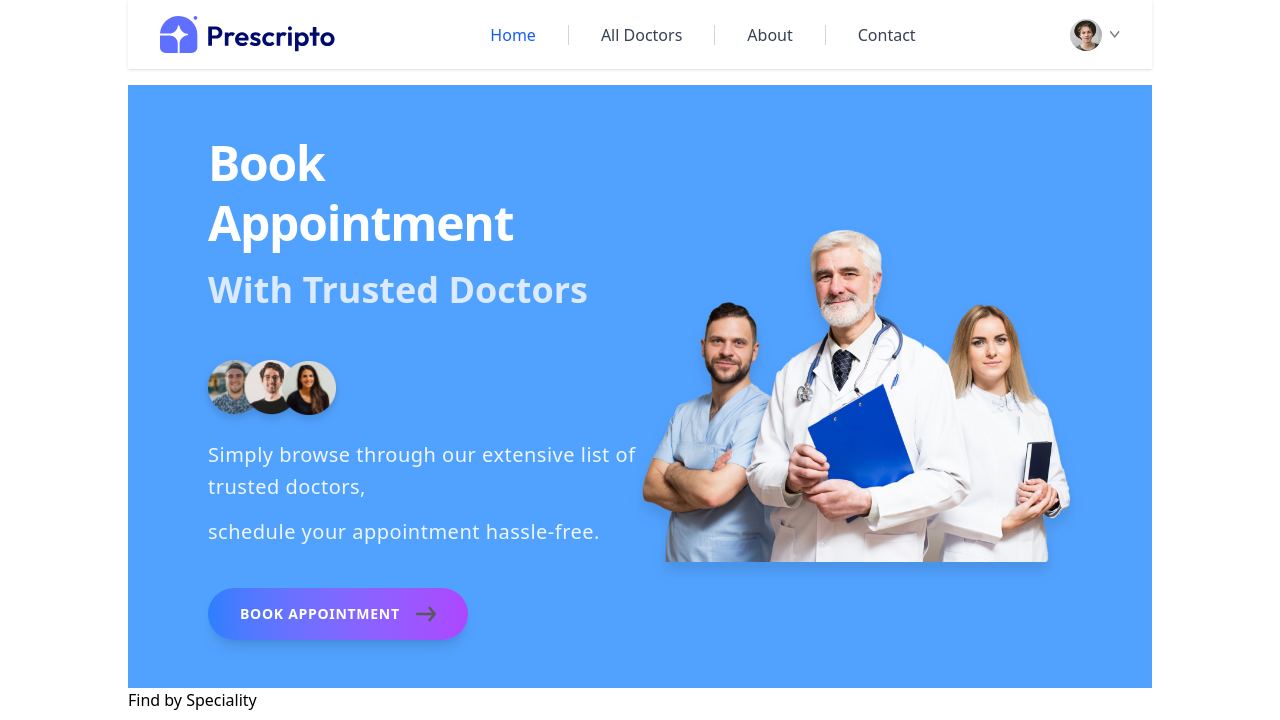
Repository: Pran2535/appointement_booking
Page: / (app in frontend/)
The author's editor kept a copy of each file at every save. The page is drawn from the files as they stood at one save, then again after the next save.
The browser window is 1280 px wide. The pictures show the whole page.
The project was rebuilt for these pictures with package versions that can differ from the ones it lists, and the page was loaded fresh each time. Also part of the build but not shown: frontend/vite.config.js, frontend/src/pages/About.jsx, frontend/src/pages/MyAppointments.jsx, frontend/src/pages/Doctors.jsx, frontend/src/pages/Login.jsx, frontend/src/pages/Contact.jsx, frontend/src/pages/MyProfile.jsx, frontend/src/pages/Appointment.jsx.

Above is the page before, as saved 2025-02-16 21:10:23.

After the next save:
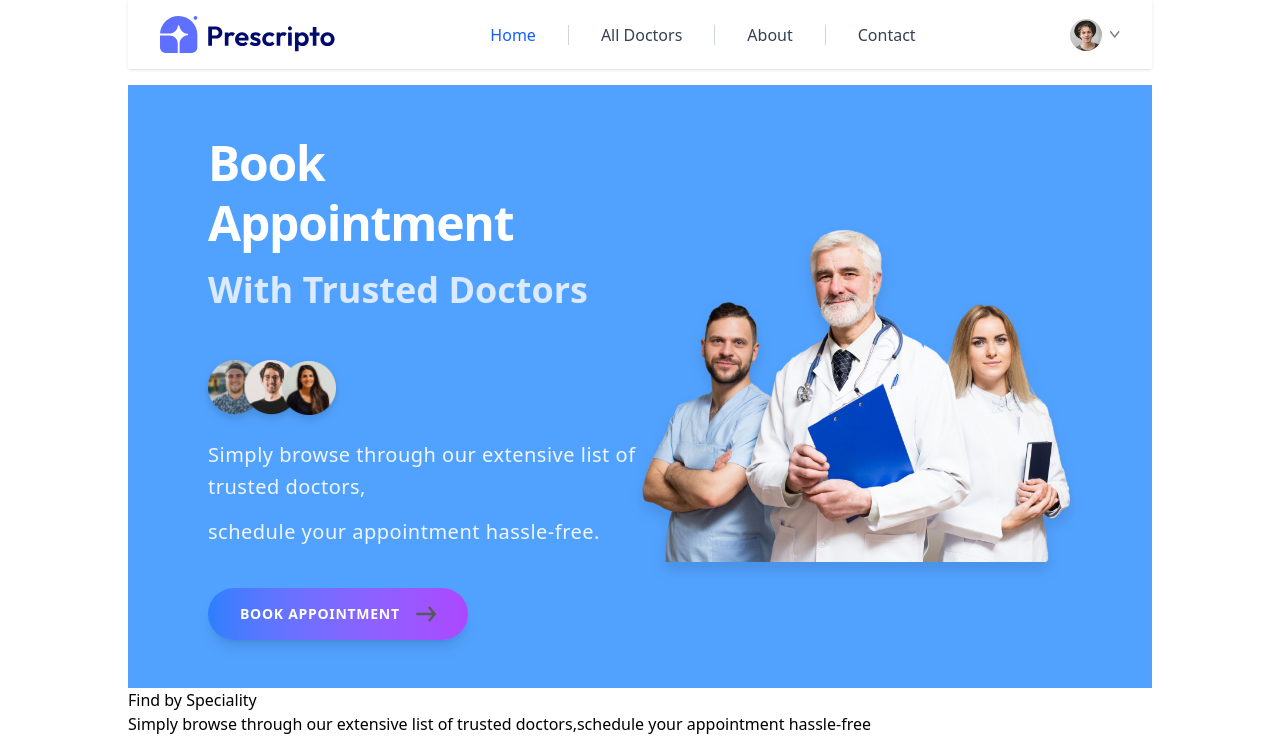
Saved 55 s later.
--- a/frontend/src/components/SpecialityMenu.jsx
+++ b/frontend/src/components/SpecialityMenu.jsx
@@ -4,6 +4,7 @@ const SpecialityMenu = () => {
   return (
     <div id='speciality' >
       <h1>Find by Speciality</h1>
+      <p>Simply browse through our extensive list of trusted doctors,schedule your appointment hassle-free</p>
     </div>
   )
 }
